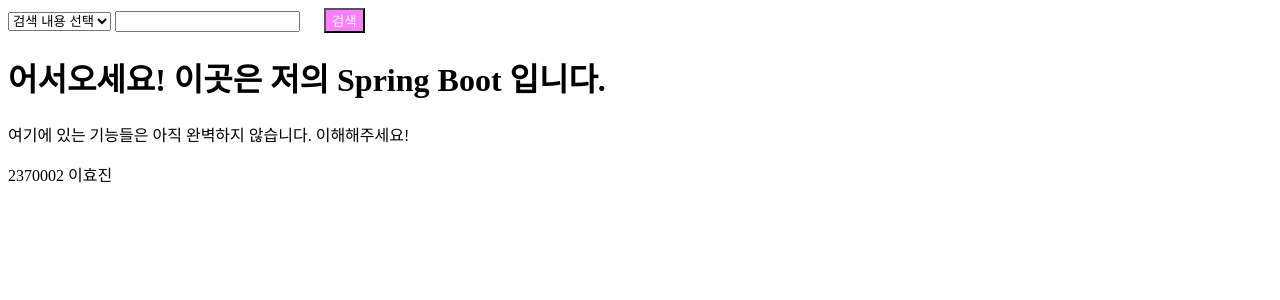
Repository: SingleElse/MyWeb
Page: http://localhost/board/list
The author's editor kept a copy of each file at every save. The page is drawn from the files as they stood at one save, then again after the next save.
The browser window is 1280 px wide. The pictures show the whole page.
The page is this project's Thymeleaf template; nobody is signed in. The template is opened directly, without the code that normally fills it, so the values that code supplies are empty.

Above is the page before, as saved 2023-06-06 09:59:03.

After the next save:
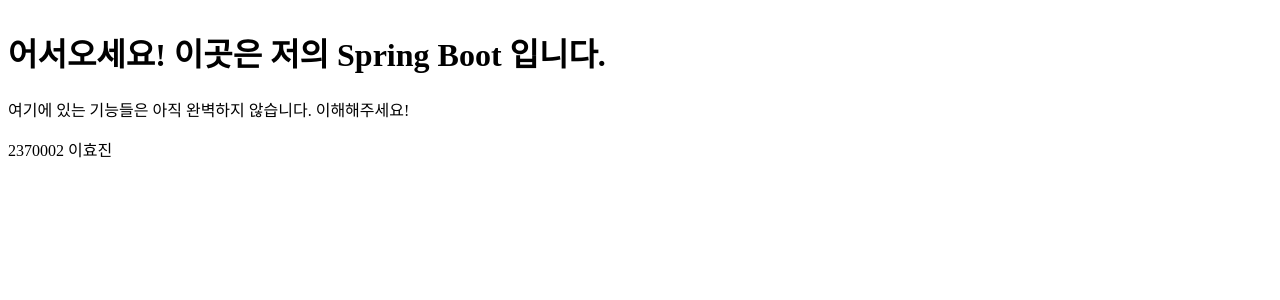
Saved 110 s later.
--- a/leehyojin/src/main/resources/templates/board/list.html
+++ b/leehyojin/src/main/resources/templates/board/list.html
@@ -60,19 +60,6 @@
     </th:block>
 </div>
 
-<div>
-	<form name="search-form" autocomplete="off">
-		<select name="type">
-			<option selected value="">검색 내용 선택</option>
-			<option value="bdTitle">제목</option>
-			<option value="bdContent">내용</option>
-			<option value="mbId">작성자</option>
-		</select>
-		<input type="text" name="keyword" value=""></input>
-		<input type="button" onclick="getSearchList()" value="검색" style="background-color: rgb(255, 128, 255); color: rgb(255, 255, 255); margin-left: 20px"></input>
-	</form>
-</div>
-
 <body>
 <!-- Page content-->
         <div class="container">
